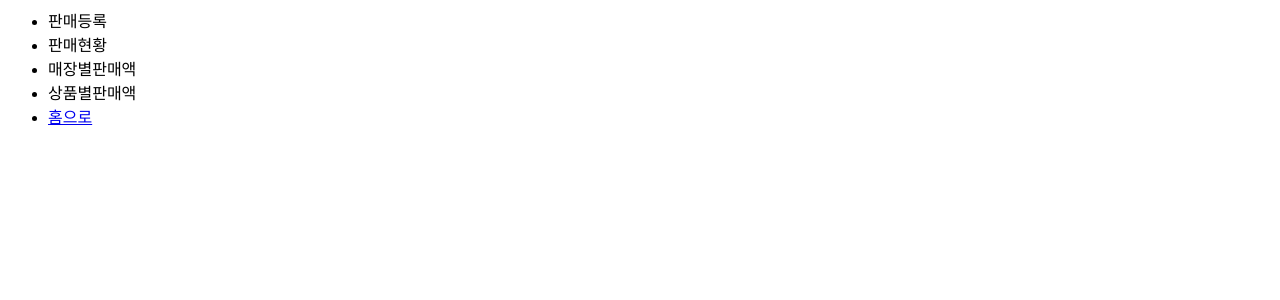
Repository: young1143/center4
Page: http://localhost/center/static/nav.jsp
These files come from the project's save history. The page is drawn as it stood at one moment and after the next save; the edit follows.
The browser window is 1280 px wide. The pictures show the whole page.
The page is served by Tomcat 9.

Above is the page before, as saved 2020-12-11 04:46:35.

After the next save:
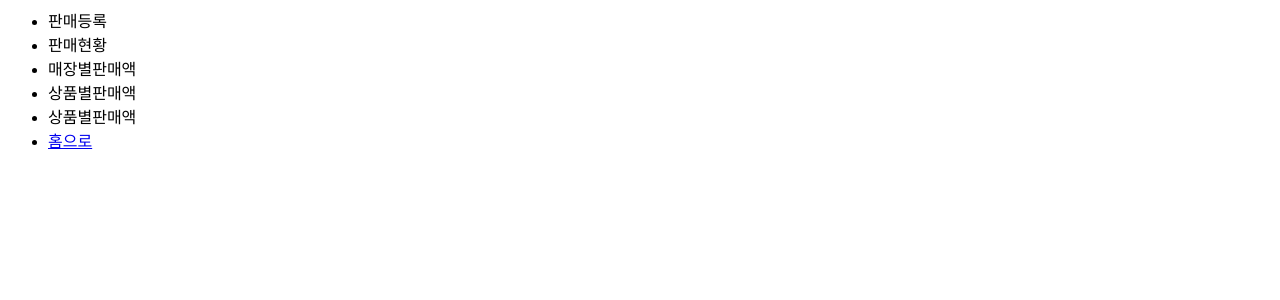
Saved 3 min 30 s later.
--- a/center/WebContent/static/nav.jsp
+++ b/center/WebContent/static/nav.jsp
@@ -2,10 +2,11 @@
     pageEncoding="EUC-KR"%>
 <nav>
 	<ul>
-		<li><a href="index.jsp?section=sale_refister"></a>판매등록</li>
-		<li><a href="index.jsp?section=sale_status"></a>판매현황</li>
-		<li><a href="index.jsp?section=sale_price"></a>매장별판매액</li>
-		<li><a href="index.jsp?section=sale_amount_by_product"></a>상품별판매액</li>
+		<li><a href="index.jsp?section=sale_refister.jsp"></a>판매등록</li>
+		<li><a href="index.jsp?section=sale_status.jsp"></a>판매현황</li>
+		<li><a href="index.jsp?section=sale_price.jsp"></a>매장별판매액</li>
+		<li><a href="index.jsp?section=sale_amount_by_product.jsp"></a>상품별판매액</li>
+		<li><a href="index.jsp?section=sale_sale_by_product.jsp"></a>상품별판매액</li>
 		<li><a href="index.jsp">홈으로</a></li>
 	</ul>
 </nav>

After the save that followed:
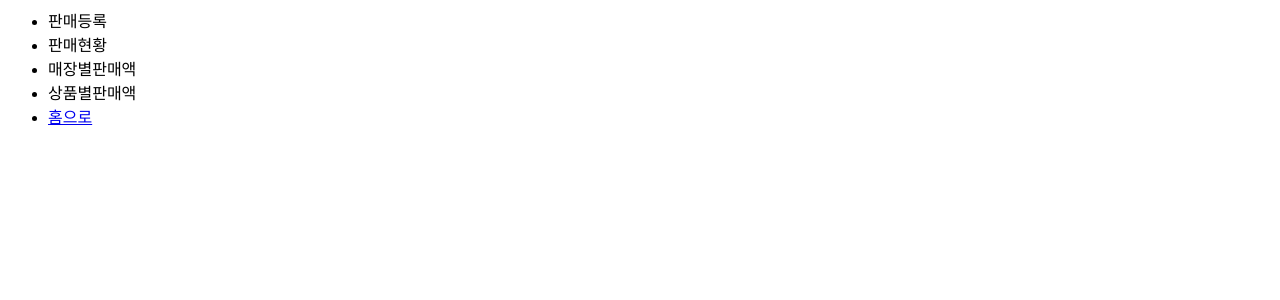
Saved 11 s later.
--- a/center/WebContent/static/nav.jsp
+++ b/center/WebContent/static/nav.jsp
@@ -6,7 +6,6 @@
 		<li><a href="index.jsp?section=sale_status.jsp"></a>판매현황</li>
 		<li><a href="index.jsp?section=sale_price.jsp"></a>매장별판매액</li>
 		<li><a href="index.jsp?section=sale_amount_by_product.jsp"></a>상품별판매액</li>
-		<li><a href="index.jsp?section=sale_sale_by_product.jsp"></a>상품별판매액</li>
 		<li><a href="index.jsp">홈으로</a></li>
 	</ul>
 </nav>
